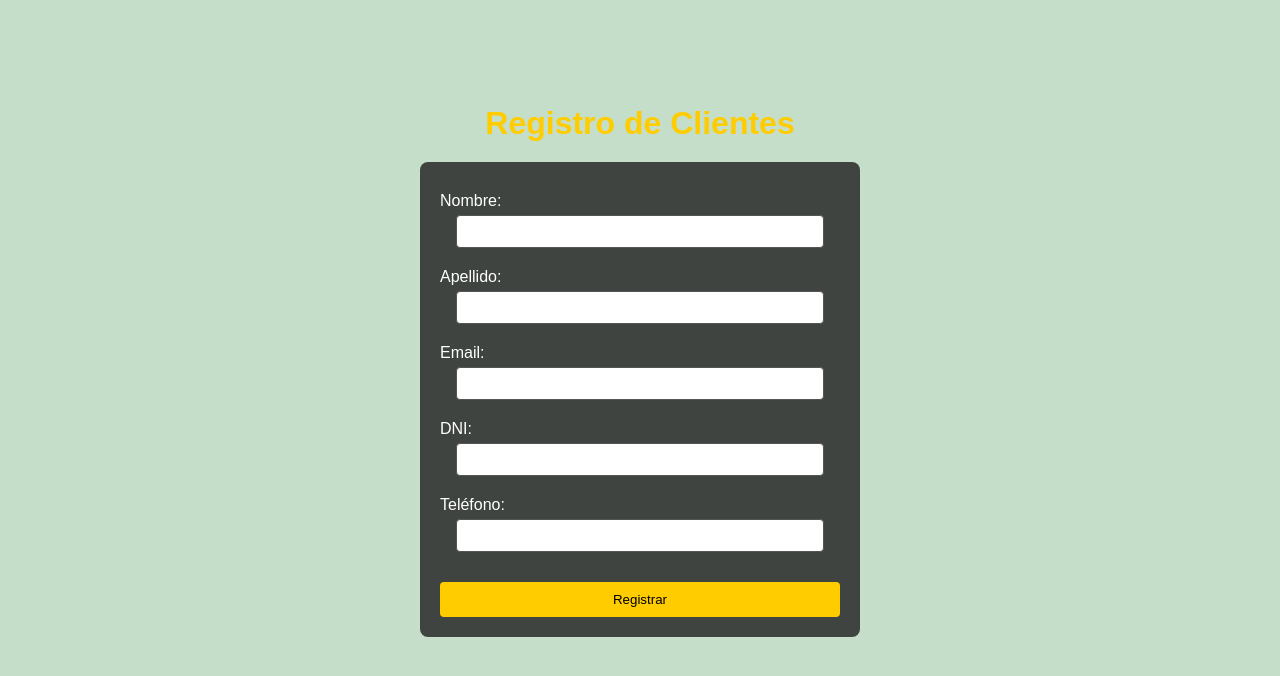
Repository: kevinqg0/Proyecto-Final-Gestion-Hotelera
Page: http://localhost/ProyectoGestionHotelera/RegistroCliente.jsp
An editor plug-in stored every save of this project. The page is shown before and after the next save, followed by the edit.
The browser window is 1280 px wide. The pictures show the whole page.
The page is served by Tomcat 9. Other server files are loaded and not shown.

Above is the page before, as saved 2024-10-23 01:03:33.

### ProyectoGestionHotelera/src/main/webapp/RegistroCliente.jsp
<%@ page language="java" contentType="text/html; charset=ISO-8859-1" pageEncoding="ISO-8859-1"%>

<!DOCTYPE html>
<html lang="es">
<head>
    <meta charset="ISO-8859-1">
    <meta name="viewport" content="width=device-width, initial-scale=1.0">
    <title>Registro de Cliente</title>

    <link rel="stylesheet" href="estilos/registro.css">
</head>
<body>
    <h1>Registro de Clientes</h1>
    <div class="box-registro">
        <form action="ControladorCliente" method="post">

            <label for="nombre">Nombre:</label>
            <input type="text" id="nombre" name="nom" required>

            <label for="apellido">Apellido:</label>
            <input type="text" id="apellido" name="ape" required>

            <label for="email">Email:</label>
            <input type="email" id="email" name="email" required>

            <label for="dni">DNI:</label>
            <input type="text" id="dni" name="dni" required>

            <label for="telefono">Teléfono:</label>
            <input type="tel" id="telefono" name="telf" required>

            <button type="submit">Registrar</button>
        </form>
    </div>
</body>
</html>

### ProyectoGestionHotelera/src/main/webapp/estilos/registro.css
body {
    display: flex;
    flex-direction: column;
    justify-content: center;
    align-items: center;
    height: 100vh;
    margin: 0;
    font-family: Arial, sans-serif;
    background-color: #c5dec9; /* Cambiado a #c5dec9 */
    background-size: cover;
    color: black;
}

h1 {
    margin-bottom: 20px;
    font-size: 2em;
    color: #ffcc00;
}

.box-registro {
    background-color: rgba(30, 30, 30, 0.8);
    padding: 20px;
    border-radius: 8px;
    box-shadow: 0 0 10px rgba(255, 255, 255, 0.1);
    width: 400px;
    text-align: center;
}

h2 {
    margin-bottom: 20px;
    color: #ffcc00;
}

label {
    display: block;
    margin: 10px 0 5px;
    text-align: left;
    color: #fff;
}

input {
    width: 350px;
    padding: 8px;
    margin-bottom: 10px;
    border: 1px solid #555;
    border-radius: 4px;
    color: #000; /* Cambiado a negro para mejor legibilidad */
    background-color: #fff; /* Fondo blanco para mejor contraste */
}

button {
    width: 100%;
    padding: 10px;
    background-color: #ffcc00;
    color: #000;
    border: none;
    border-radius: 4px;
    cursor: pointer;
    margin-top: 20px;
}

button:hover {
    background-color: #e6b800;
}

After the next save:
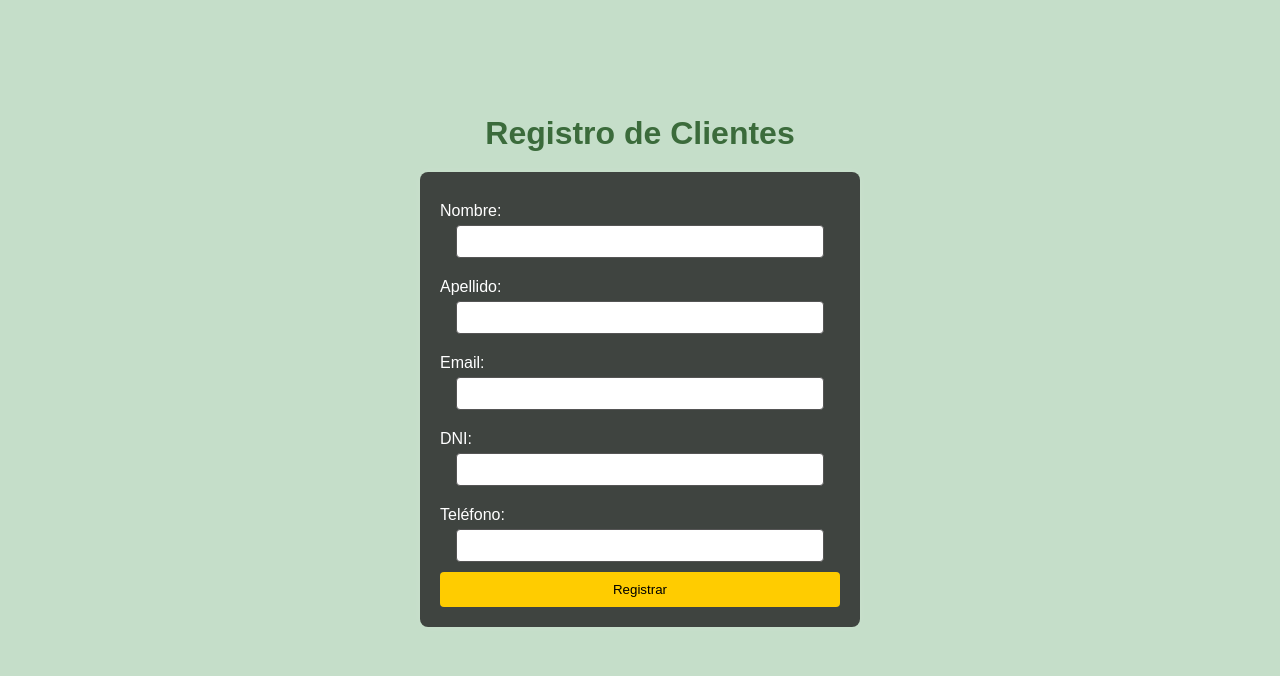
Saved 58 s later.
--- a/ProyectoGestionHotelera/src/main/webapp/estilos/registro.css
+++ b/ProyectoGestionHotelera/src/main/webapp/estilos/registro.css
@@ -6,7 +6,7 @@ body {
     height: 100vh;
     margin: 0;
     font-family: Arial, sans-serif;
-    background-color: #c5dec9; /* Cambiado a #c5dec9 */
+    background-color: #c5dec9; /* Fondo principal */
     background-size: cover;
     color: black;
 }
@@ -14,7 +14,7 @@ body {
 h1 {
     margin-bottom: 20px;
     font-size: 2em;
-    color: #ffcc00;
+    color: #3b6b3b; /* Color del título */
 }
 
 .box-registro {
@@ -28,7 +28,7 @@ h1 {
 
 h2 {
     margin-bottom: 20px;
-    color: #ffcc00;
+    color: #ffcc00; /* Color de encabezados secundarios */
 }
 
 label {
@@ -44,21 +44,14 @@ input {
     margin-bottom: 10px;
     border: 1px solid #555;
     border-radius: 4px;
-    color: #000; /* Cambiado a negro para mejor legibilidad */
-    background-color: #fff; /* Fondo blanco para mejor contraste */
+    color: #000; /* Color del texto en el input */
+    background-color: #fff; /* Fondo blanco para los inputs */
 }
 
 button {
     width: 100%;
     padding: 10px;
-    background-color: #ffcc00;
-    color: #000;
+    background-color: #ffcc00; /* Color del botón */
+    color: #000; /* Color del texto del botón */
     border: none;
     border-radius: 4px;
-    cursor: pointer;
-    margin-top: 20px;
-}
-
-button:hover {
-    background-color: #e6b800;
-}
